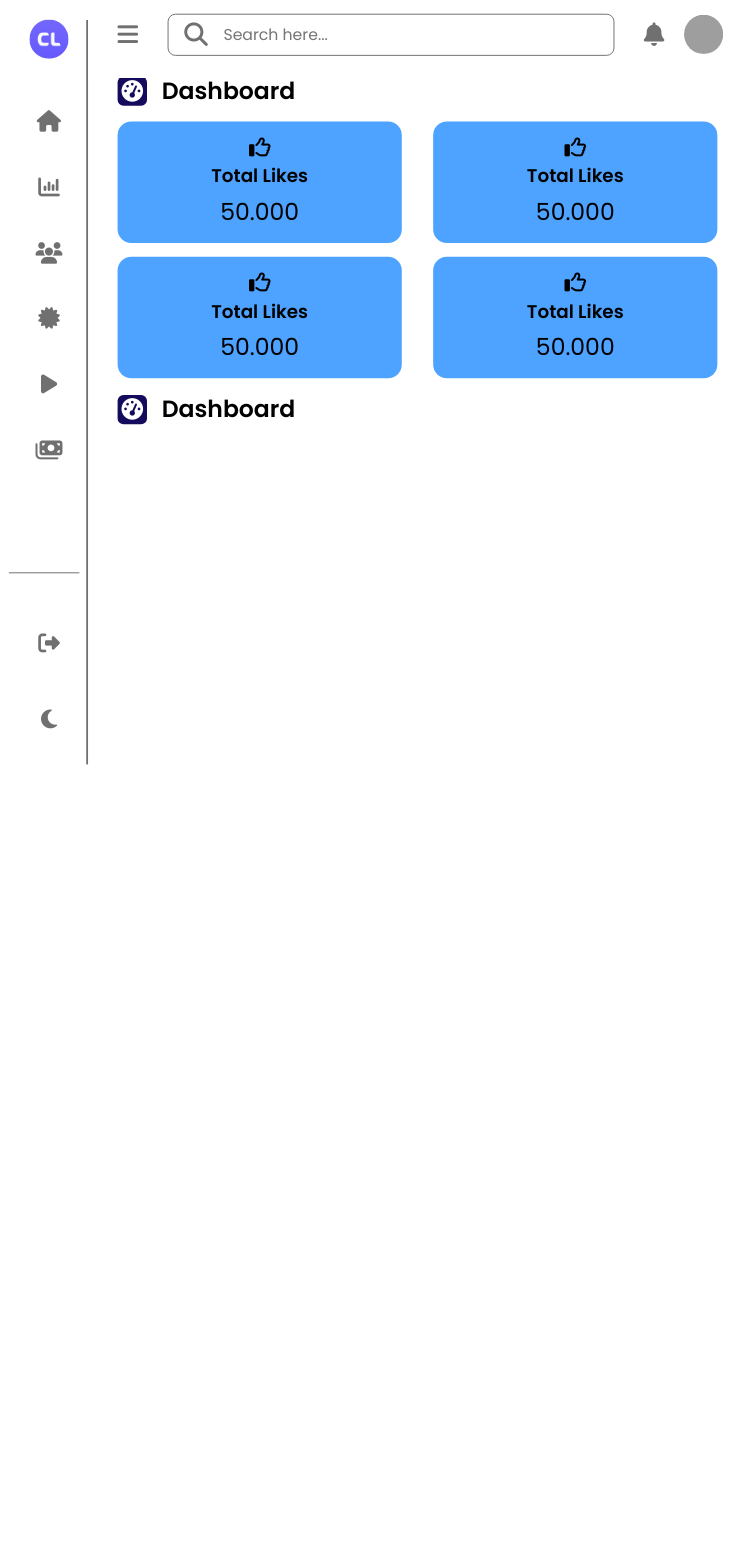
Repository: phamngocthang/practice-html-css
Page: Admin/dist/index.html
These files come from the project's save history. The page is drawn as it stood at one moment and after the next save; the edit follows.
The browser window is 768 px wide. The pictures show the whole page, at 98% of full size.
Pictures or frames that could not be fetched are drawn as grey boxes. The style sheet was rebuilt from its Sass, Less or Tailwind sources for each picture, by a compiler version that may differ from the author's.

Above is the page before, as saved 2023-10-26 10:43:58.

### Admin/dist/index.html
<!DOCTYPE html>
<html lang="en">
<head>
    <meta charset="UTF-8">
    <meta name="viewport" content="width=device-width, initial-scale=1.0">
    <title>Document</title>
    <link rel="stylesheet" href="style/main.css">
    <link rel="stylesheet" href="https://cdnjs.cloudflare.com/ajax/libs/font-awesome/6.4.2/css/all.min.css" integrity="sha512-z3gLpd7yknf1YoNbCzqRKc4qyor8gaKU1qmn+CShxbuBusANI9QpRohGBreCFkKxLhei6S9CQXFEbbKuqLg0DA==" crossorigin="anonymous" referrerpolicy="no-referrer" />
</head>
<body>
    <nav>
        <div class="logo">
            <div class="logo__image">
                <img src="/Images/logo.png" alt="">
            </div>

            <span class="logo__name">
                E-LEARNING
            </span>
        </div>

        <div class="menu">
            <ul class="menu__link">
                <li class="menu__link__item"><a href="#">
                    <i class="fa-solid fa-house"></i>
                    <span>Dashboard</span>
                </a></li>
                <li class="menu__link__item"><a href="#">
                    <i class="fa-solid fa-chart-column"></i>
                    <span>Analytics</span>
                </a></li>
                <li class="menu__link__item"><a href="#">
                    <i class="fa-solid fa-users"></i>
                    <span>Users</span>
                </a></li>
                <li class="menu__link__item"><a href="#">
                    <i class="fa-solid fa-certificate"></i>
                    <span>Category</span>
                </a></li>
                <li class="menu__link__item"><a href="#">
                    <i class="fa-solid fa-play"></i>
                    <span>Courses</span>
                </a></li>
                <li class="menu__link__item"><a href="#">
                    <i class="fa-solid fa-money-bills"></i>
                    <span>Profit</span>
                </a></li>
            </ul>

            <ul class="menu__link">
                <li class="menu__link__item"><a href="#">
                    <i class="fa-solid fa-right-from-bracket"></i>
                    <span>Logout</span>
                </a></li>

                <li class="menu__link__item menu__link__item--darkmode"><a href="#">
                        <i class="fa-solid fa-moon"></i>
                        <span>Dark Mode</span>
                        <div class="menu__toggle">
                            <span class="menu__switch"></span>
                        </div>
                    </a>
                </li>
            </ul>
        </div>
    </nav>

    <section class="dashboard">
        <div class="top">
            <i class="fa-solid fa-bars top__bar"></i>
            <div class="top__search-box">
                <i class="fa-solid fa-magnifying-glass"></i>
                <input type="text" placeholder="Search here...">
            </div>
            <div class="top__image">
                <i class="fa-solid fa-bell bell"></i>
                <img src="/Images/avatar.jpg" alt="">
            </div>
        </div>

        <div class="content">
            <div class="overview">
                <div class="title">
                    <div class="title__logo">
                        <i class="fa-solid fa-gauge-high"></i>
                    </div>
                    <h1 class="title__name">Dashboard</h1>
                </div>

                <div class="data">
                    <div class="data__box">
                        <i class="fa-regular fa-thumbs-up data__box__icon"></i>
                        <h3 class="data__box__title">Total Likes</h3>
                        <span class="data__box__number">50.000</span>
                    </div>
                    <div class="data__box">
                        <i class="fa-regular fa-thumbs-up data__box__icon"></i>
                        <h3 class="data__box__title">Total Likes</h3>
                        <span class="data__box__number">50.000</span>
                    </div>
                    <div class="data__box">
                        <i class="fa-regular fa-thumbs-up data__box__icon"></i>
                        <h3 class="data__box__title">Total Likes</h3>
                        <span class="data__box__number">50.000</span>
                    </div>
                    <div class="data__box">
                        <i class="fa-regular fa-thumbs-up data__box__icon"></i>
                        <h3 class="data__box__title">Total Likes</h3>
                        <span class="data__box__number">50.000</span>
                    </div>
                </div>
            </div>

            <div class="activity">
                <div class="title">
                    <div class="title__logo">
                        <i class="fa-solid fa-gauge-high"></i>
                    </div>
                    <h1 class="title__name">Dashboard</h1>
                </div>
            </div>
        </div>
    </section>

    <script src="script.js">

    </script>
</body>
</html>

### Admin/dist/script.js
const body = document.querySelector("body");
const modeTogger = document.querySelector(".menu__toggle");
const sideBar = body.querySelector("nav")
const sideBarToggle = body.querySelector(".top__bar");

modeTogger.addEventListener("click", () => {
    body.classList.toggle("dark")
})

sideBarToggle.addEventListener("click", () => {
    sideBar.classList.toggle("close");
})

### Admin/scss/main.scss
@import url('https://fonts.googleapis.com/css2?family=Poppins:wght@200;300;400;500;600&display=swap');
@import 'variables';
* {
    margin: 0;
    padding: 0;
    box-sizing: border-box;
    font-family: 'Poppins', sans-serif;
}

body {
    --primary-color: #{$primary-color};
    --panel-color: #{$panel-color};
    --text-color: #{$text-color};
    --black-light-color: #{$black-light-color};
    --border-color: #{$border-color};
    --toggle-color: #{$toggle-color};
    --box1-color: #{$box1-color};
    --box2-color: #{$box2-color};
    --box3-color: #{$box3-color};
    --title-icon-color: #{$title-icon-color};
    min-height: 200vh;
    background-color: var(--panel-color);
}

body.dark {
    --primary-color: #3A3B3C;
    --panel-color: #242526;
    --text-color: #FFF;
    --black-light-color: #CCC;
    --border-color: #4D4C4C;
    --toggle-color: #FFF;
    --box1-color: #3A3B3C;
    --box2-color: #3A3B3C;
    --box3-color: #3A3B3C;
    --title-icon-color: #CCC;

    .menu__switch::before {
        left: 20px !important;
    }
}

nav {
    position: fixed;
    width: 230px;
    height: 100%;
    top: 0;
    left: 0;
    background-color: var(--panel-color);
    transition: $tran-05;

    &::after {
        content: '';
        width: 2px;
        height: 95%;
        background-color: var(--black-light-color);
        right: 0;
        top: 50%;
        transform: translateY(-50%);
        position: absolute;
    }

    .logo {
        display: flex;
        align-items: center;
        height: 80px;

        &__image {
            min-width: 45px;
            display: flex;
            align-items: center;
            padding-right: 10px;
            min-width: 80px;
            justify-content: flex-end;

            img {
                width: 40px;
                border-radius: 50%;
                object-fit: cover;
            }

        }

        &__name {
            color: var(--text-color);
            font-weight: 600;
            font-size: 22px;
            flex: 1;
            transition: $tran-05;
            white-space: nowrap;
        }
    }

    .menu {
        height: 100%;
        padding: 10px 0px 30px 20px;
        position: relative;


        &::after {
            content: '';
            left: 50%;
            top: 63%;
            width: 80%;
            height: 0.5px;
            transform: translateX(-50%);
            background-color: var(--black-light-color);
            position: absolute;
        }

        &__link {
            list-style: none;
            display: flex;
            flex-direction: column;
            align-items: flex-start;


            &:nth-child(1) {
                height: 70%;
            }


            &__item {
                padding: 20px 0;

                a {
                    text-decoration: none;
                    color: var(--black-light-color);
                    font-size: 18px;
                    display: flex;
                    align-items: center;
                    position: relative;
                    transition: 0.4 ease all;

                    i {
                        min-width: 60px;
                        text-align: center;
                        font-size: 22px;
                    }

                    span {
                        font-weight: 400;
                        transition: $tran-05;
                        white-space: nowrap;
                    }

                    &:hover {
                        color: var(--primary-color);

                        &::before {
                            content: '';
                            width: 5px;
                            height: 5px;
                            border-radius: 50%;
                            background-color: var(--primary-color);
                            position: absolute;
                            transition: 0.4 ease all;
                        }
                    }
                }
            }

            &__item--darkmode {
                display: flex;
                align-items: center;


                .menu__toggle {
                    height: 50px;
                    min-width: 45px;
                    display: flex;
                    align-items: center;
                    justify-content: center;

                    .menu__switch {
                        display: inline-block;
                        border-radius: 25px;
                        position: relative;
                        height: 22px;
                        width: 40px;
                        background-color: var(--toggle-color);

                        &::before {
                            content: '';
                            width: 15px;
                            height: 15px;
                            position: absolute;
                            background-color: var(--title-icon-color);
                            border-radius: 50%;
                            left: 3px;
                            top: 50%;
                            transform: translateY(-50%);
                            transition: $tran-03;
                        }
                    }
                }
            }
        }
    }


}

nav.close {
    width: 90px;

    .menu__link__item {
        span {
            opacity: 0;
            pointer-events: none;
        }
    }

    .logo__name {
        opacity: 0;
        pointer-events: none;
    }

    & ~ .dashboard {
        left: 90px;
        width: calc(100% - 90px);

        .top {
            left: 90px;
            width: calc(100% - 90px);
        }
    }
}

.dashboard {
    background-color: var(--panel-color);
    width: calc(100% - 230px);
    left: 230px;
    min-height: 100vh;
    position: relative;
    padding: 15px 30px 40px;
    transition: $tran-05;

    .top {
        position: fixed;
        top: 0;
        left: 230px;
        height: 10%;
        display: flex;
        align-items: center;
        justify-content: space-between;
        padding: 30px 30px 40px;
        width: calc(100% - 230px);
        background-color: var(--panel-color);
        transition: $tran-05;

        i {
            font-size: 24px;
            color: var(--black-light-color);
        }

        &__bar {
            cursor: pointer;
        }

        &__search-box {
            flex: 1;
            width: 100%;
            padding: 8px;
            border-radius: 8px;
            border: 0.4px solid var(--black-light-color);
            margin: 0 30px;
            display: flex;
            align-items: center;

            i {
                font-size: 24px;
                padding: 0 16px 0 8px;
                color: var(--black-light-color);
            }

            input {
                font-size: 16px;
                outline: none;
                border: none;
                height: 100%;
                width: 100%;
                background-color: transparent;
                color: var(--text-color);
            }
        }

        &__image {
            display: flex;
            align-items: center;

            .bell {
                cursor: pointer;
                margin-right: 20px;
            }

            img {
                cursor: pointer;
                width: 40px;
                height: 40px;
                object-fit: cover;
                border-radius: 50%;
            }
        }
    }

    .content {
        margin-top: 60px;
            .title {
                display: flex;
                align-items: center;

                &__logo {
                    height: 30px;
                    width: 30px;
                    display: flex;
                    align-items: center;
                    justify-content: center;
                    background-color: var(--primary-color);
                    border-radius: 6px;
                    margin-right: 15px;

                    i {
                        font-size: 22px;
                        color: var(--panel-color);
                    }
                }

                &__name {
                    color: var(--text-color);
                }
            }

            .data {
                display: flex;
                flex-wrap: wrap;
                margin-top: 20px;
                margin-left: -32px;

                &__box {
                    border-radius: 14px;
                    margin-left: 32px;
                    width: calc(100% / 4 - 32px);
                    display: flex;
                    flex-direction: column;
                    align-items: center;
                    background-color: var(--box1-color);
                    color: var(--text-color);
                    padding: 15px 0;

                    &__icon {
                        font-size: 30px;
                    }

                    &__title {
                        margin: 4px 0;
                    }

                    &__number {
                        font-size: 30px;
                    }
                }
            }

            .activity {
                margin-top: 20px;
            }
    }
}


@media (max-width: 1000px) {
    nav {
        width: 90px;

        .menu__link__item {
            span {
                opacity: 0;
                pointer-events: none;
            }
        }

        .logo__name {
            opacity: 0;
            pointer-events: none;
        }

        & ~ .dashboard {
            left: 90px;
            width: calc(100% - 90px);
        }
    }

    .dashboard {
        .top {
            left: 90px;
            width: calc(100% - 90px);
        }
    }
}

@media (max-width: 820px) {
    .dashboard {
        .content {
            .overview{
                .title {
                    margin-top: 50px;
                }
            }
            .data {
                margin-top: 0;
                &__box {
                    width: calc(100% / 2 - 35px);
                    margin-top: 14px;

                    &__icon {
                        font-size: 22px;
                    }

                    &__number {
                        font-size: 24px;
                    }
                }

            }

            .activity {
                margin-top: 14px;
            }
        }
    }
}

@media (max-width: 500px) {
    nav {
        .logo {
            &__image {
                min-width: 70px;
            }
        }
        .menu {
            padding-left: 10px;
        }
    }
    .dashboard {
        &::before {
            left: -8px;
        }
        padding-left: 15px;
        padding-right: 15px;
        .top {
            &__bar {
                display: none;
            }

            &__search-box {
                i {
                    display: none;
                }
                padding: 8px 4px;
                margin: 0;
                margin-right: 8px;
            }
        }
        .content {
            margin-top: 70px;
            .data {
                margin-left: -15px;
                &__box {
                    width: calc(100% / 2 - 15px);
                    margin-left: 15px;

                    &__icon {
                        font-size: 16px;
                    }

                    &__title {
                        font-size: 16px;
                    }

                    &__number {
                        font-size: 18px;
                    }
                }

            }

            .activity {
                margin-top: 14px;
            }
        }
    }
}

### Admin/scss/_variables.scss
/* ===== Colors ===== */
// $primary-color: #0E4BF1;
$primary-color: #140B5C;
$panel-color: #FFF;
$text-color: #000;
$black-light-color: #707070;
$border-color: #e6e5e5;
$toggle-color: #DDD;
$box1-color: #4DA3FF;
$box2-color: #FFE6AC;
$box3-color: #E7D1FC;
$title-icon-color: #fff;

/* ====== Transition ====== */
$tran-05: all 0.5s ease;
$tran-03: all 0.3s ease;
$tran-03: all 0.2s ease;

After the next save:
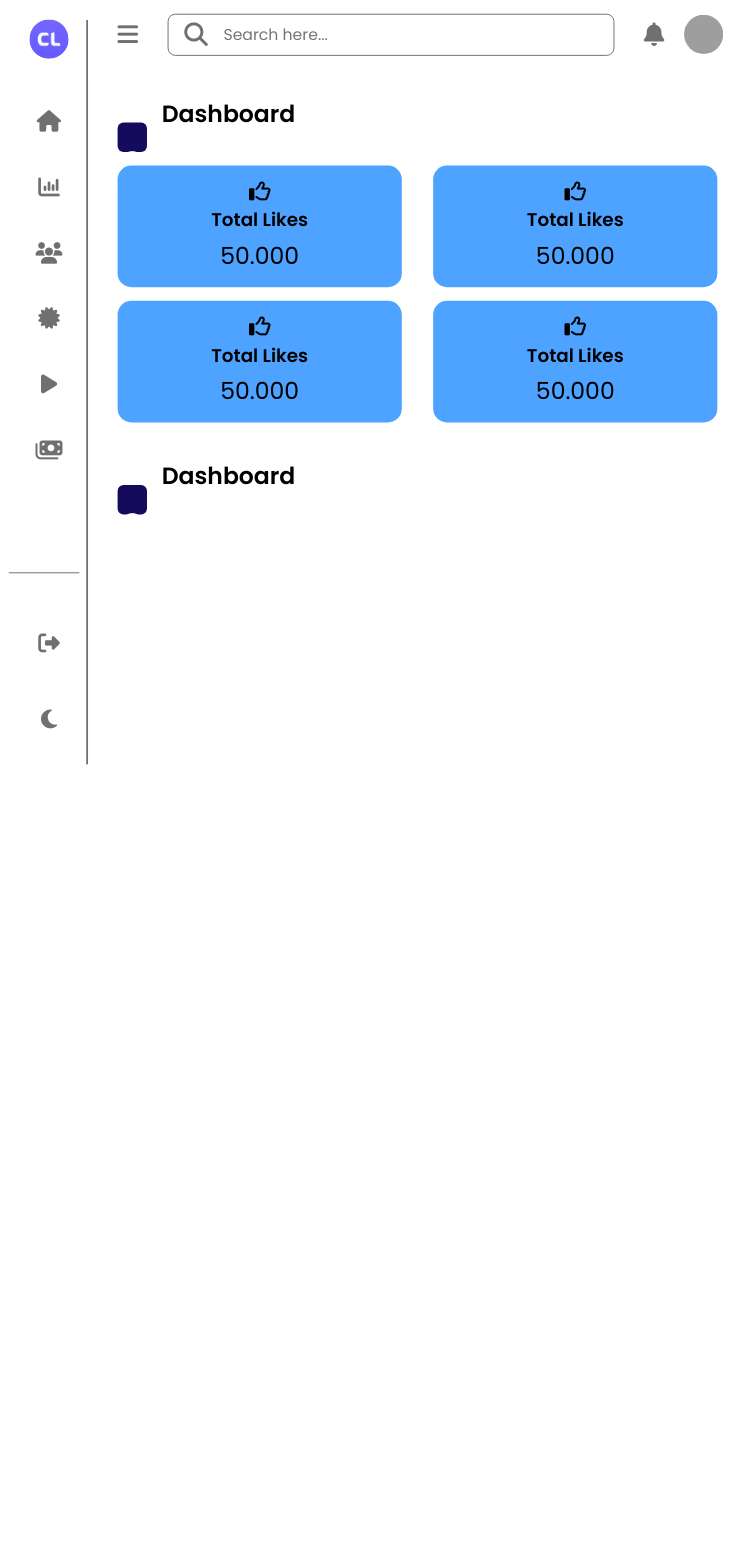
Saved 22 s later.
--- a/Admin/scss/main.scss
+++ b/Admin/scss/main.scss
@@ -401,8 +401,8 @@
 @media (max-width: 820px) {
     .dashboard {
         .content {
-            .overview{
-                .title {
+            .title {
+                :nth-child(1) {
                     margin-top: 50px;
                 }
             }

After the save that followed:
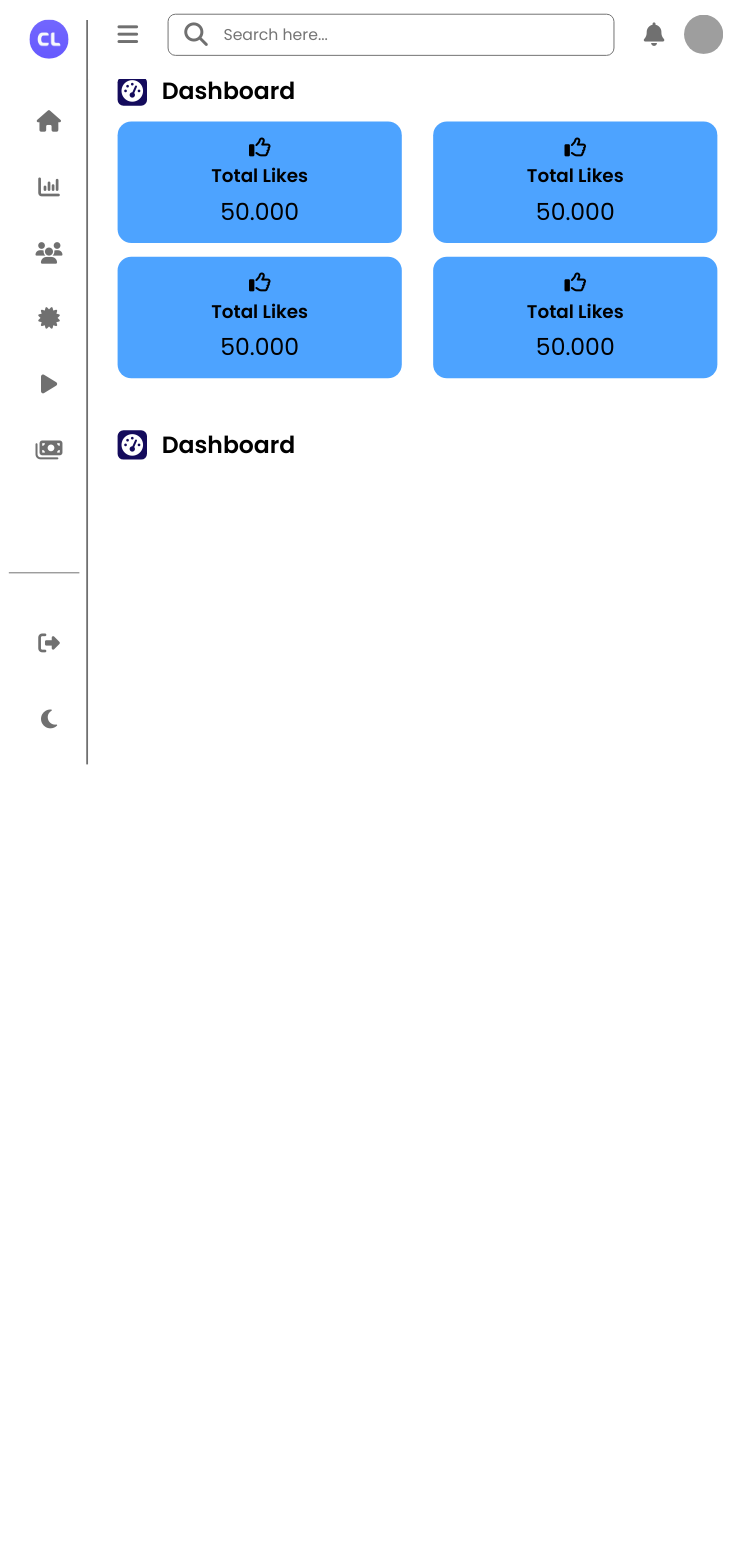
Saved 15 s later.
--- a/Admin/scss/main.scss
+++ b/Admin/scss/main.scss
@@ -402,7 +402,7 @@
     .dashboard {
         .content {
             .title {
-                :nth-child(1) {
+                &:nth-child(1) {
                     margin-top: 50px;
                 }
             }
